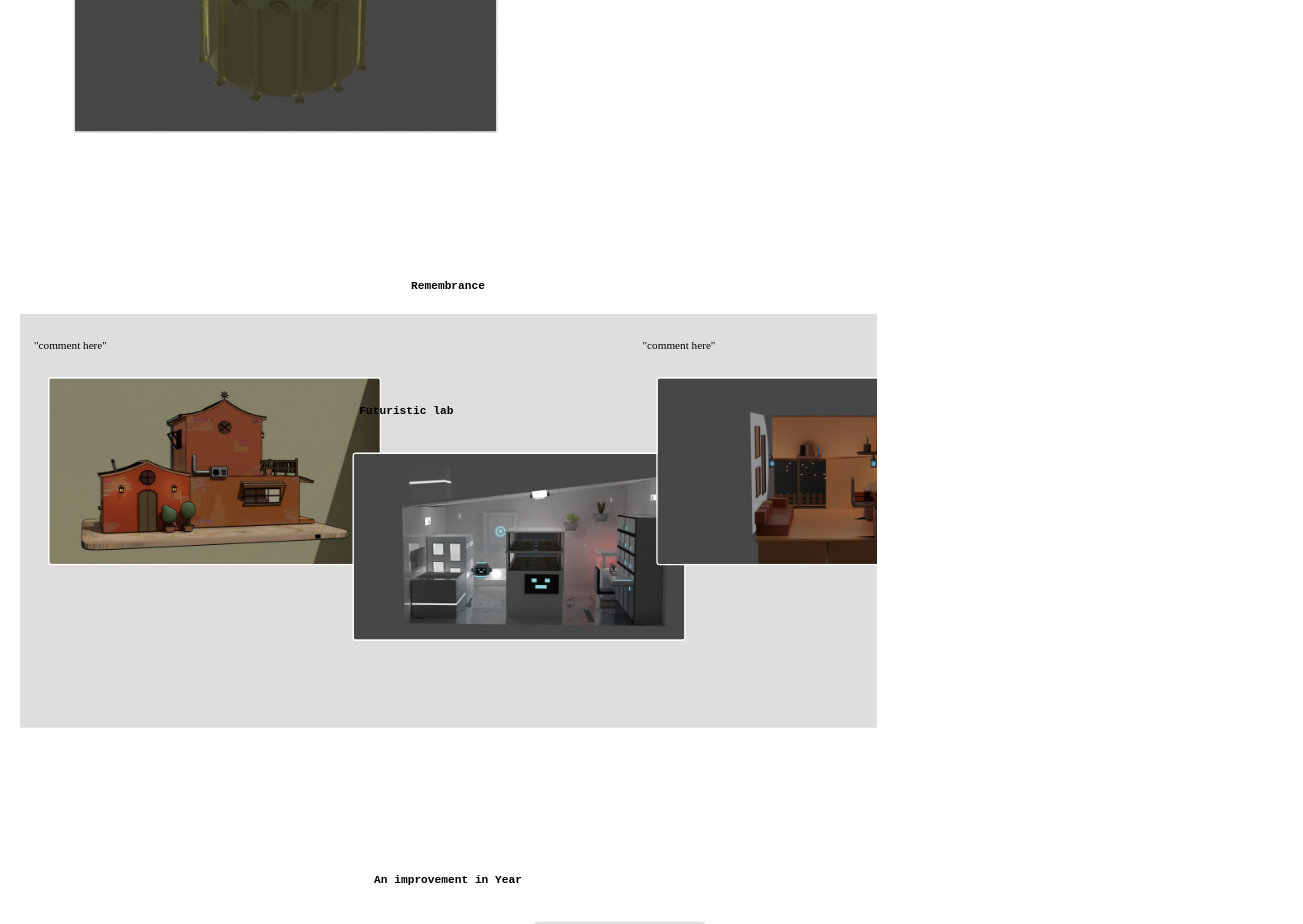
Repository: kittipichcha/Port1
Page: page2.html
An editor plug-in stored every save of this project. The page is shown before and after the next save, followed by the edit.
The browser window is 1280 px wide. The page is 1862 px wide, so the pictures cover 1862 px, including what lies to the right of the window. The pictures show the part of the page from y = 1377 to 2697 px (the page is 4926 px tall), at 70% of full size.

Above is the page before, as saved 2024-10-16 21:18:11.

After the next save:
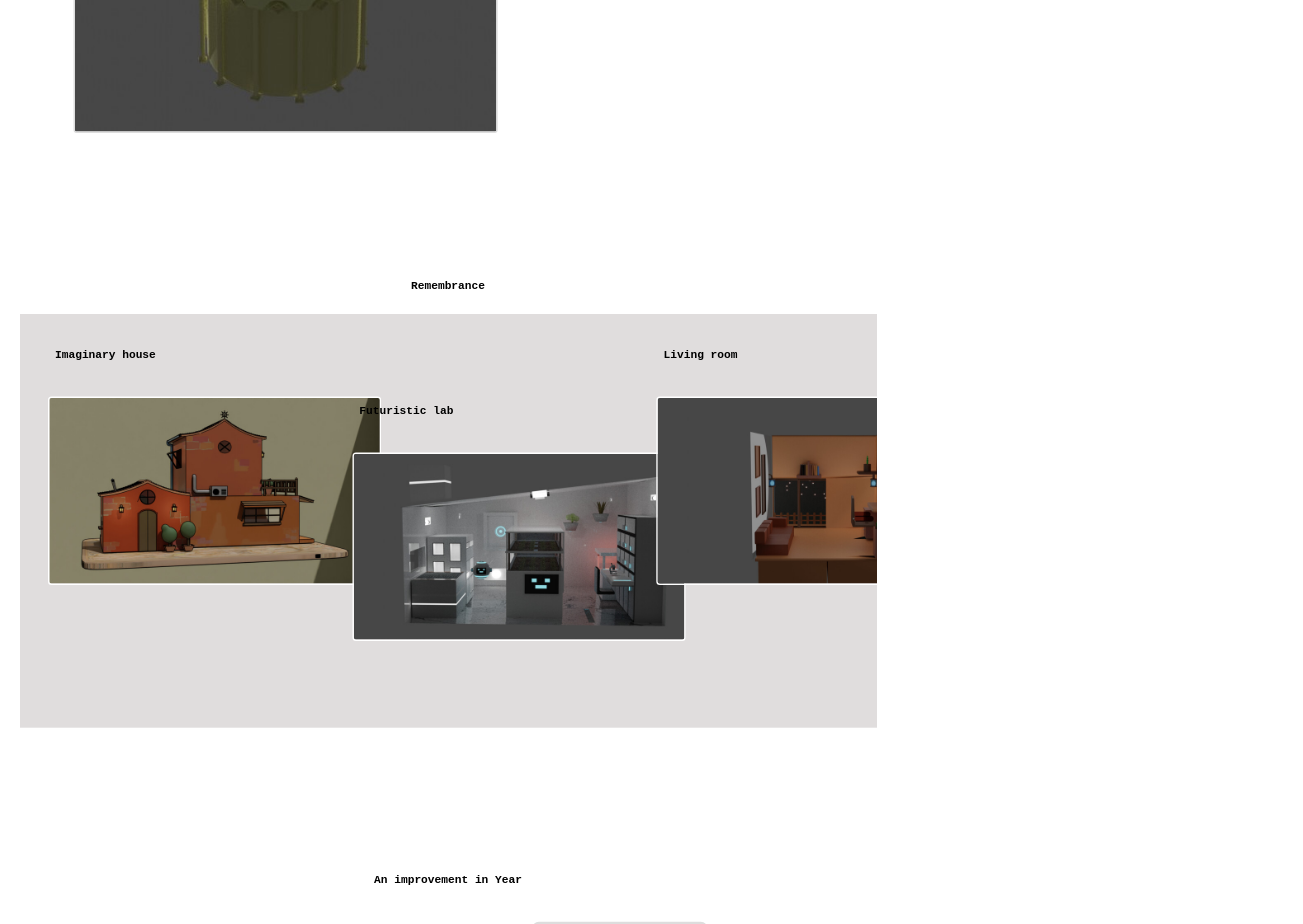
Saved 31 s later.
--- a/page2.html
+++ b/page2.html
@@ -34,7 +34,7 @@
         <h1 class = "textGeneral" style = "justify-content: center;"> Remembrance </h1>
         <div class = "scrollImage" style = "margin: 20px;">
             <div style = "margin: 20px">
-                <p> "comment here" </p>
+                <h3 class = "textGeneral"> Imaginary house </h3>
                 <img style = "width:150%" src = "image/house2.jpg">
             </div>
             <div style = "margin: 100px">
@@ -42,7 +42,7 @@
                 <img style = "width:150%" src = "image/lab.jpg">
             </div>
             <div style = "margin: 20px">
-                <p> "comment here" </p>
+                <h3 class = "textGeneral"> Living room </h3>
                 <img style = "width:150%" src = "image/room.jpg">
             </div>
         </div>
